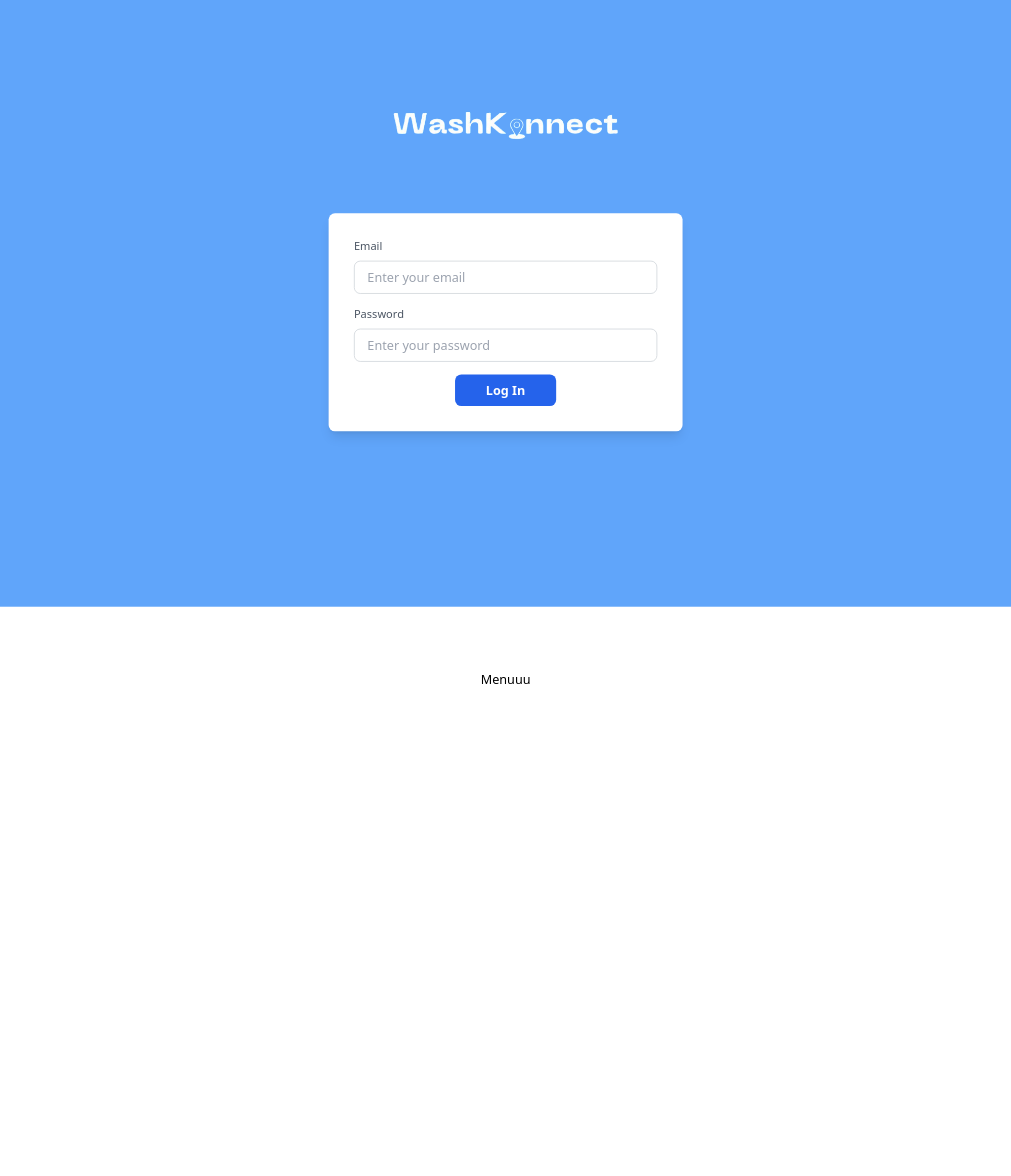
Repository: TEKVOLUTION-LTD/Admin-washKonnect
Page: / (app in Admin-WashKonnect/)
The author's editor kept a copy of each file at every save. The page is drawn from the files as they stood at one save, then again after the next save.
The browser window is 1280 px wide. The pictures show the whole page, at 79% of full size.
The project was rebuilt for these pictures with package versions that can differ from the ones it lists, and the page was loaded fresh each time. Also part of the build but not shown: Admin-WashKonnect/vite.config.js, Admin-WashKonnect/src/pages/users.jsx, Admin-WashKonnect/src/pages/Transaction.jsx, Admin-WashKonnect/src/pages/serviceProvider.jsx.

Above is the page before, as saved 2024-11-18 11:14:43.

After the next save:
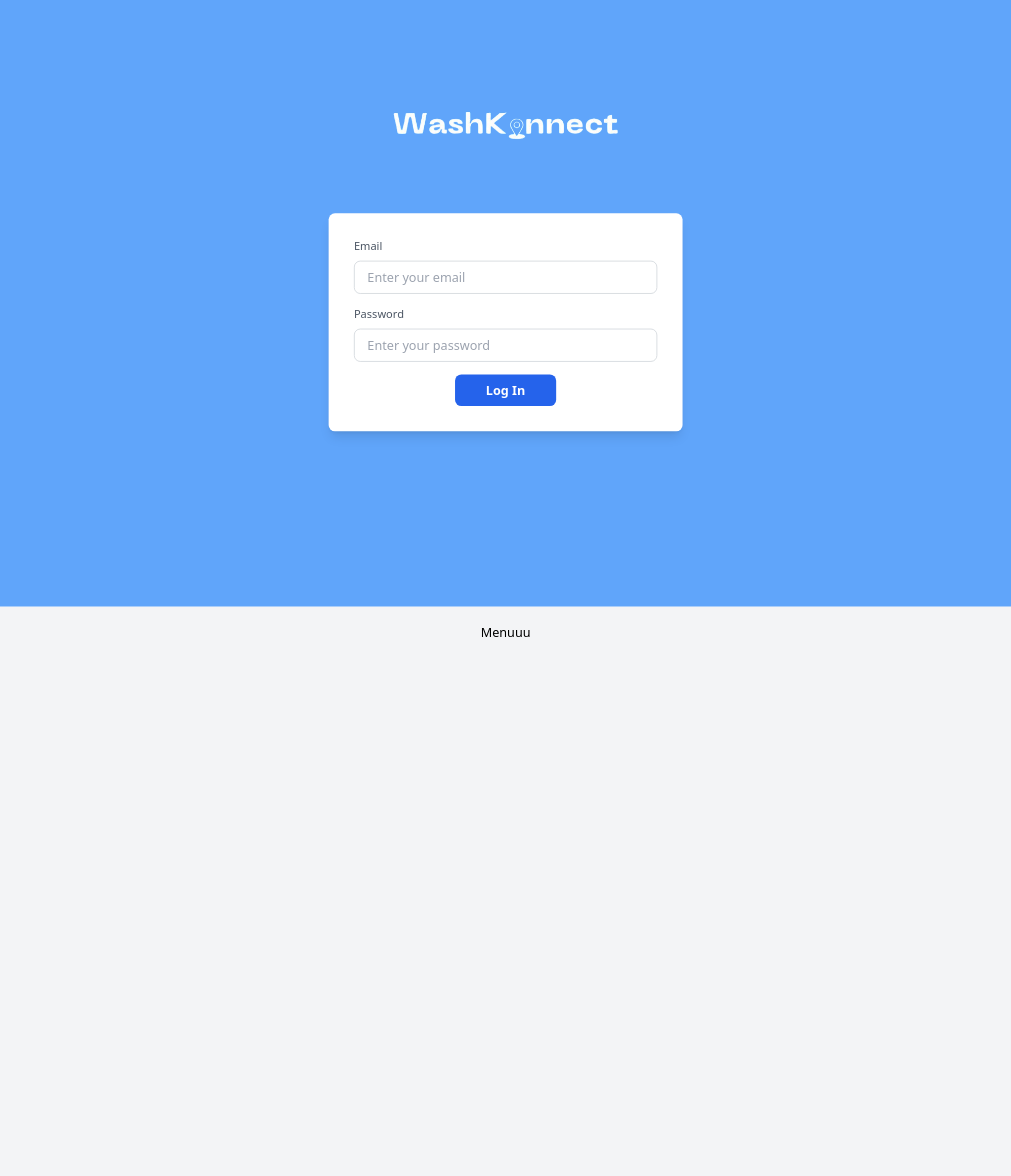
Saved 72 s later.
--- a/Admin-WashKonnect/src/components/Menu.jsx
+++ b/Admin-WashKonnect/src/components/Menu.jsx
@@ -2,7 +2,7 @@
 
 const Menu = () => {
   return (
-    <div className='h-[100vh] p-20 '>
+    <div className='h-[100vh] p-[20px] bg-gray-100 '>
       Menuuu
     </div>
   )
